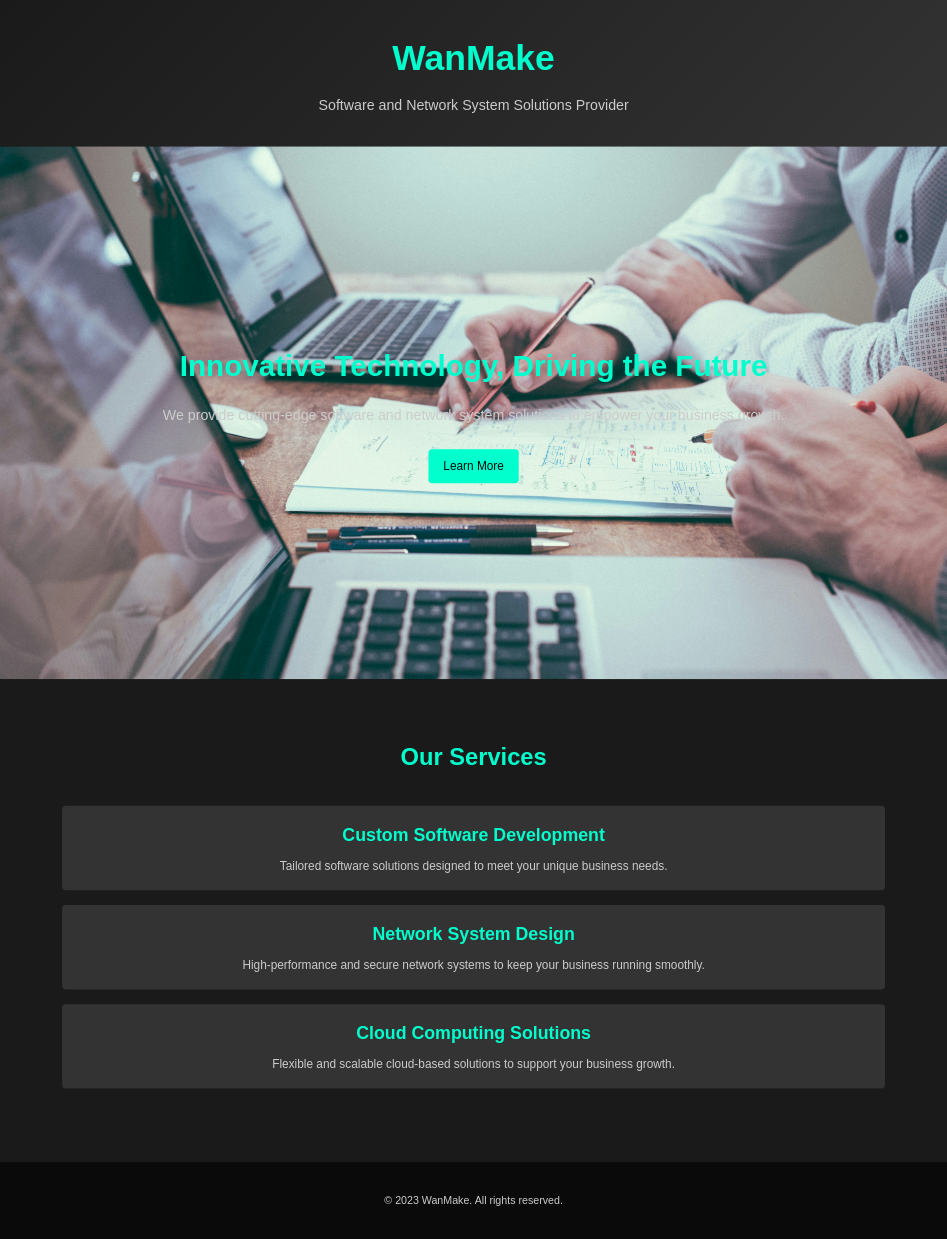
Repository: wanmakellc/wanmakellc.github.io
Page: index.html
The author's editor kept a copy of each file at every save. The page is drawn from the files as they stood at one save, then again after the next save.
The browser window is 1280 px wide. The pictures show the whole page, at 74% of full size.

Above is the page before, as saved 2025-01-04 16:52:10.

### index.html
<!DOCTYPE html>
<html lang="en">
<head>
    <meta charset="UTF-8">
    <meta name="viewport" content="width=device-width, initial-scale=1.0">
    <title>WanMake - Software and Network System Solutions Provider</title>
    <link rel="stylesheet" href="style.css">
</head>
<body>
    <header>
        <div class="container">
            <h1>WanMake</h1>
            <p>Software and Network System Solutions Provider</p>
        </div>
    </header>

    <section class="hero">
        <div class="container">
            <h2>Innovative Technology, Driving the Future</h2>
            <p>We provide cutting-edge software and network system solutions to empower your business growth.</p>
            <a href="#services" class="btn">Learn More</a>
        </div>
    </section>

    <section id="services" class="services">
        <div class="container">
            <h2>Our Services</h2>
            <div class="service-item">
                <h3>Custom Software Development</h3>
                <p>Tailored software solutions designed to meet your unique business needs.</p>
            </div>
            <div class="service-item">
                <h3>Network System Design</h3>
                <p>High-performance and secure network systems to keep your business running smoothly.</p>
            </div>
            <div class="service-item">
                <h3>Cloud Computing Solutions</h3>
                <p>Flexible and scalable cloud-based solutions to support your business growth.</p>
            </div>
        </div>
    </section>

    <footer>
        <div class="container">
            <p>&copy; 2023 WanMake. All rights reserved.</p>
        </div>
    </footer>
</body>
</html>

### style.css
/* 重置样式 */
* {
  margin: 0;
  padding: 0;
  box-sizing: border-box;
}

body {
  font-family: 'Arial', sans-serif;
  line-height: 1.6;
  color: #fff;
  background-color: #0a0a0a;
}

.container {
  width: 90%;
  max-width: 1200px;
  margin: 0 auto;
  padding: 20px;
}

header {
  background: linear-gradient(135deg, #1a1a1a, #333);
  padding: 20px 0;
  text-align: center;
}

header h1 {
  font-size: 3rem;
  margin-bottom: 10px;
  color: #00ffcc;
}

header p {
  font-size: 1.2rem;
  color: #ccc;
}

.hero {
  background: url('tech-bg.jpg') no-repeat center center/cover;
  height: 100vh;
  display: flex;
  align-items: center;
  justify-content: center;
  text-align: center;
}

.hero h2 {
  font-size: 2.5rem;
  margin-bottom: 20px;
  color: #00ffcc;
}

.hero p {
  font-size: 1.2rem;
  margin-bottom: 30px;
  color: #ccc;
}

.btn {
  display: inline-block;
  padding: 10px 20px;
  background: #00ffcc;
  color: #0a0a0a;
  text-decoration: none;
  font-size: 1rem;
  border-radius: 5px;
  transition: background 0.3s ease;
}

.btn:hover {
  background: #00ccaa;
}

.services {
  padding: 60px 0;
  background: #1a1a1a;
}

.services h2 {
  text-align: center;
  font-size: 2rem;
  margin-bottom: 40px;
  color: #00ffcc;
}

.service-item {
  background: #333;
  padding: 20px;
  margin-bottom: 20px;
  border-radius: 5px;
  text-align: center;
}

.service-item h3 {
  font-size: 1.5rem;
  margin-bottom: 10px;
  color: #00ffcc;
}

.service-item p {
  font-size: 1rem;
  color: #ccc;
}

footer {
  background: #0a0a0a;
  padding: 20px 0;
  text-align: center;
  color: #ccc;
}

footer p {
  font-size: 0.9rem;
}

After the next save:
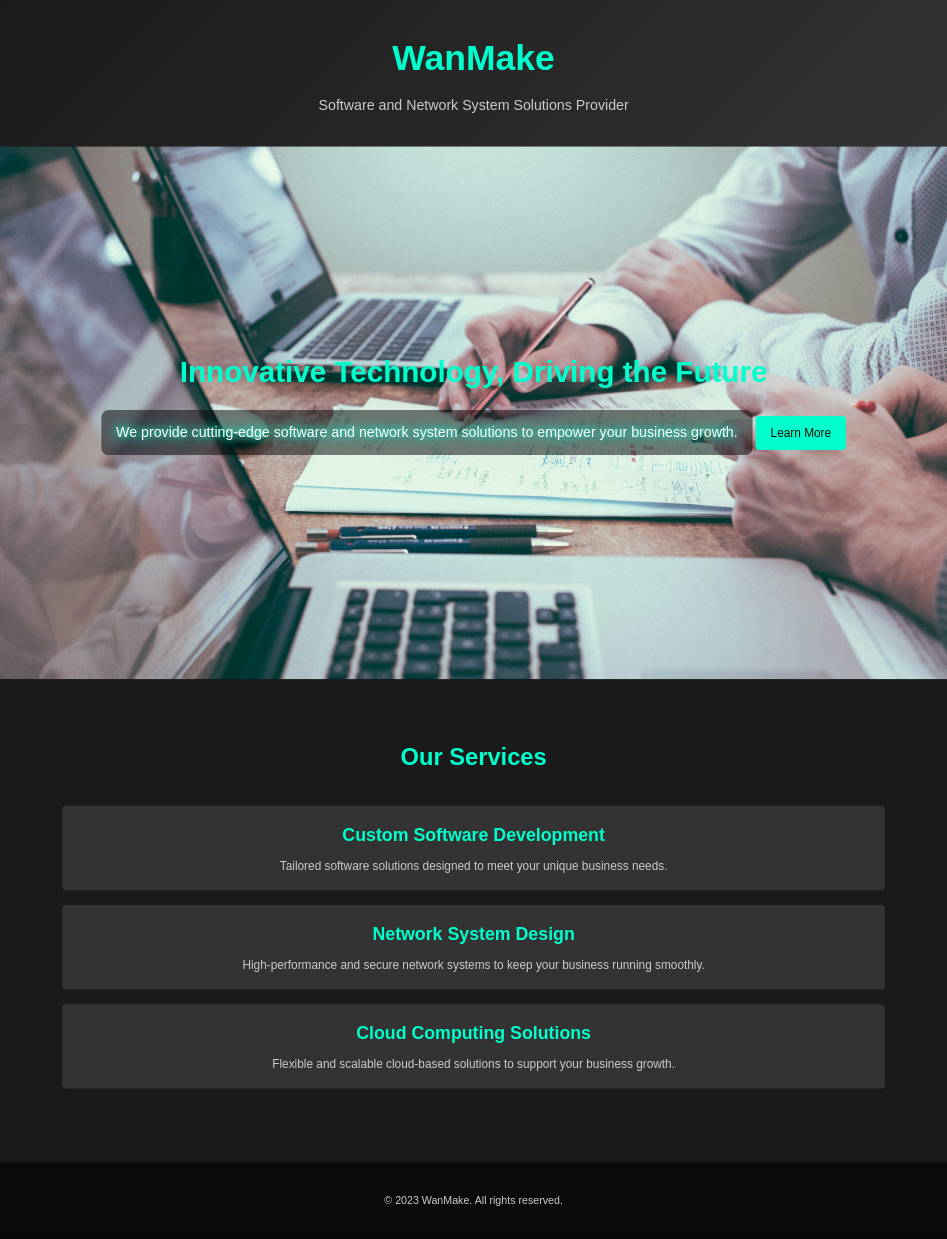
Saved 3 min 21 s later.
--- a/style.css
+++ b/style.css
@@ -54,7 +54,12 @@ header p {
 .hero p {
   font-size: 1.2rem;
   margin-bottom: 30px;
-  color: #ccc;
+  color: #fff;
+  background-color: rgba(0, 0, 0, 0.5); /* 半透明背景 */
+  padding: 15px 20px; /* 内边距 */
+  border-radius: 10px; /* 圆角 */
+  display: inline-block; /* 背景仅包裹文字 */
+  text-shadow: 0 0 10px #00ffcc, 0 0 20px #00ffcc; /* 外发光 */
 }
 
 .btn {
